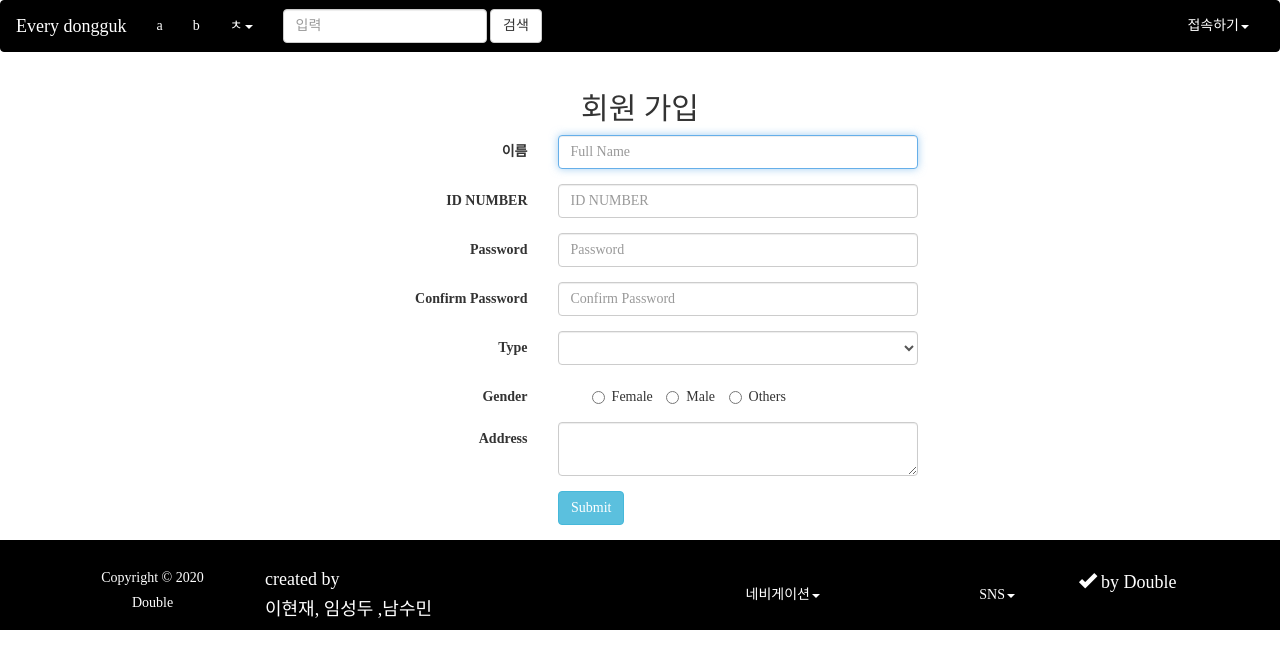
Repository: CSID-DGU/2020-1-ESCD-DOUBLE
Page: http://localhost/web/WEB-INF/views/register/registerForm.jsp
The author's editor kept a copy of each file at every save. The page is drawn from the files as they stood at one save, then again after the next save.
The browser window is 1280 px wide. The pictures show the whole page.
Some web fonts or font styles are not loaded; a fallback is used. Some web libraries are served in a nearby version. The page is served by Tomcat 9. Nobody is signed in. Other server files are loaded and not shown. The template is opened directly, without the code that normally fills it, so the values that code supplies are empty.

Above is the page before, as saved 2020-04-29 07:58:49.

### web/src/main/webapp/WEB-INF/views/register/registerForm.jsp
<%@ page language="java" contentType="text/html; charset=EUC-KR"
    pageEncoding="EUC-KR"%>
<!DOCTYPE html>
<html>
<head>
<meta charset="EUC-KR">
<title>Insert title here</title>
<link rel="stylesheet" href="resources/css/bootstrap.css">
<link rel="stylesheet" href="resources/css/customize.css">
</head>
<body>
<script src="https://code.jquery.com/jquery-3.1.1.min.js"></script>
<script src="resources/js/bootstrap.js"></script>

<style type="text/css">


</style>

<%@include file="../template/header.jsp"%>







<div class="container text-center text-center">
            <form class="form-horizontal" role="form">
              <center>  <h2>회원 가입</h2>  </center>


				<div class="form-group">
                    <label for="lastName" class="col-sm-5 control-label">이름</label>
                    <div class="col-sm-4">
                        <input type="text" id="firstName" name="name" placeholder="Full Name" class="form-control" autofocus>

                    </div>
                </div>
				<div class="form-group">
                    <label for="ID Number" class="col-sm-5 control-label">ID NUMBER</label>
                    <div class="col-sm-4">
                        <input type="text" id="firstName" placeholder="ID NUMBER" class="form-control" autofocus>

                    </div>
                </div>

                <div class="form-group">
                    <label for="password" class="col-sm-5 control-label">Password</label>
                    <div class="col-sm-4">
                        <input type="password" id="password" placeholder="Password" class="form-control">
                    </div>
                </div>
				                <div class="form-group">
                    <label for="Confirm Password" class="col-sm-5 control-label">Confirm Password</label>
                    <div class="col-sm-4">
                        <input type="password" id="Confirm Password" placeholder="Confirm Password" class="form-control">
                    </div>
                </div>

                <div class="form-group">
                    <label for="type" class="col-sm-5 control-label">Type</label>
                    <div class="col-sm-4">
                        <select id="Select" class="form-control">
                            <option></option>
                            <option></option>
                            <option></option>
                            <option></option>
                            <option></option>
                            <option></option>
                            <option></option>
                            <option></option>
                        </select>
                    </div>
                </div> <!-- /.form-group -->
                <div class="form-group">
                    <label class="control-label col-sm-5">Gender</label>
                    <div class="col-sm-6">
                        <div class="row">
                            <div class="col-sm-6">
                                <label class="radio-inline">
                                    <input type="radio" id="femaleRadio" value="Female">Female
                                </label>
								<label class="radio-inline">
                                    <input type="radio" id="maleRadio" value="Male">Male
                                </label>
								<label class="radio-inline">
                                    <input type="radio" id="uncknownRadio" value="Unknown">Others
                                </label>
                            </div>

                            </div>



                        </div>
                    </div>

				<div class="form-group">
                    <label for="Address" class="col-sm-5 control-label">Address</label>
                    <div class="col-sm-4">
                        <textarea class="form-control"></textarea>
                    </div>
                </div>
                <div class="form-group">
                    <div class="col-md-5 col-sm-offset-3">
                        <button type="submit" class="btn btn-info">Submit</button>
                    </div>
                </div>
            </form> <!-- /form -->
        </div> <!-- ./container -->










<%@include file="../template/footer.jsp"%>
</body>
</html>

### web/src/main/webapp/WEB-INF/views/template/header.jsp
<%@ page language="java" contentType="text/html; charset=EUC-KR"
    pageEncoding="EUC-KR"%>
<!DOCTYPE html>
<html>
<head>
<meta charset="EUC-KR">
<title>Insert title here</title>
<link rel="stylesheet" href="resources/css/bootstrap.css">
<link rel="stylesheet" href="resources/css/customize.css">
</head>
<body>
<script src="https://code.jquery.com/jquery-3.1.1.min.js"></script>
<script src="resources/js/bootstrap.js"></script>

<style type="text/css">


</style>
<nav class="navbar navbar-default">
	<div class="container-fluid">

		<div class="navbar-header">
			<button type="button" class="navbar-toggle collapsed" data-toggle="collapse"
			data-target="#bs-example-navbar-collapse-1" aria-expanded="false"><!-- 크기를 줄였을때 나타나는 버튼 -->
				<span class="sr-only"></span>
				<span class="icon-bar"></span>
				<span class="icon-bar"></span>
				<span class="icon-bar"></span>
			</button>
			<a class="navbar-brand" href="index">Every dongguk</a>
		</div>

		<div class="collapse navbar-collapse" id="bs-example-navbar-collapse-1"><!-- 네비 중간 대부분을 차지함 -->
			<ul class="nav navbar-nav">
				<li class="active"><a href="a">a<span class="sr-only"></span></a></li>
				<li><a href="#">b</a></li>
				<li class="dropdown">
				<a href="#" class="dropdown-toggle" data-toggle="dropdown" role="button"
				aria-haspopup="true" aria-expanded="false">ㅊ<span class="caret"></span></a><!-- dropdown 연결이 어떤식인지는 모르겠지만 -->
					<ul class="dropdown-menu">
						<li><a href="#">냐옹</a></li>
						<li><a href="#">머멍</a></li>
						<li><a href="#">왈왈</a></li>
					</ul>
				</li>
			</ul>
			<form class="navbar-form navbar-left">
				<div class="form-group">
				<input type="text" class="form-control" placeholder="입력"></div>
				<button type="submit" class="btn btn-default">검색</button>
			</form>

			<ul class="nav navbar-nav navbar-right">
				<li class="dropdown">
					<a href="#" class="dropdown-toggle" data-toggle="dropdown" role="button"
					aria-haspopup="true" aria-expanded="false">접속하기<span class="caret"></span></a>
					<ul class="dropdown-menu">
						<li><a href="login_form">로그인</a></li>
						<li><a href="register_form">회원가입</a></li>
					</ul>

				</li>
			</ul>

		</div>
	</div>
</nav>



</body>
</html>

### web/src/main/webapp/WEB-INF/views/template/footer.jsp
<%@ page language="java" contentType="text/html; charset=EUC-KR"
    pageEncoding="EUC-KR"%>
<!DOCTYPE html>
<html>
<head>
<meta charset="EUC-KR">
<title>Insert title here</title>
<link rel="stylesheet" href="resources/css/bootstrap.css">
<link rel="stylesheet" href="resources/css/customize.css">
</head>
<body>
<script src="https://code.jquery.com/jquery-3.1.1.min.js"></script>
<script src="resources/js/bootstrap.js"></script>

<style type="text/css">
#footul ,#footul2{
color:white;}
#footul:hover ,#footul2:hover{

background-color:black;


}
#footul:focus,#footul2:hover{
background-color:black;}

</style>

<footer style="background-color: #000000;color:#ffffff">
	<div class="container">
		<br>
		<div class="row">
			<div class="col-sm-2" style="text-align: center;"><h5>Copyright &copy; 2020</h5><h5>Double </h5></div>
			<div class="col-sm-4"><h4>created by<h4><p>이현재, 임성두 ,남수민</p></div>
			<div class="col-sm-2"><h4 style="text-align:center;"></h4>

						<ul class="nav navbar-nav navbar-right">
				<li class="dropdown">
					<a href="#" class="dropdown-toggle" data-toggle="dropdown" role="button"
					aria-haspopup="true" aria-expanded="false" id="footul">네비게이션<span class="caret"></span></a>
					<ul class="dropdown-menu">
						<li><a href="#">냐옹</a></li>
						<li><a href="#">멍멍</a></li>
					</ul>

				</li>
			</ul>
			</div>
			<div class="col-sm-2"><h4 style="text-align:center;"></h4>



							<ul class="nav navbar-nav navbar-right">
				<li class="dropdown">
					<a href="#" class="dropdown-toggle" data-toggle="dropdown" role="button"
					aria-haspopup="true" aria-expanded="false" id="footul2">SNS<span class="caret"></span></a>
					<ul class="dropdown-menu">
						<li><a href="#">뭔가 개발자 이메일 보내기?</a></li>
						<li><a href="#">뭐 그런거...</a></li>
					</ul>

				</li>
			</ul>

			</div>
			<div class="col-sm-2"><h4 style="text-align:center;"><span class="glyphicon glyphicon-ok"></span>&nbsp;by Double</h4></div>
	</div>


</div>
</footer>


</body>
</html>

### web/src/main/webapp/resources/css/customize.css
@import url(http://fonts.googleapis.com/earlyaccess/nanumgothic.css);
*{font-family:'Nanum Gothic';}
a{
	color:#000000;
	text-decoration:none;
}
a:hover{
	color:#bbbbbb;
	text-decoration:none;
	cursor:pointer;
}
.navbar-default{/*까만색!*/
	background-color:#000000;
	border-color:#000000;
}
.navbar-default .navbar-brand{
	color:#ffffff;/*하얀색!*/
}
.navbar-default .navbar-brand:hover,
.navbar-default .navbar-brand:focus{
	background-color:transparent;
	color:#bbbbbb;
}
.navbar-default .navbar-nav> .active>a,
.navbar-default .navbar-nav> .active>a:hover,
.navbar-default .navbar-nav> .active>a:focus{
	color:white;
	background-color:#000000;
}
.navbar-default .navbar-nav> li>a:hover,
.navbar-default .navbar-nav> li>a:focus{
	color:#bbbbbb;
}
.navbar-default .navbar-nav> .open>a,
.navbar-default .navbar-nav> .open>a:hover,
.navbar-default .navbar-nav> .open>a:focus{
	color:#000000;
	background-color:#ffffff;
	text-decoration:none;
}
.navbar-default .navbar-nav>li>a{
	color:white;
}
@media(max-width:767px){
	.navbar-default .navbar-nav .open .dropdown-menu>li>a{
	color:#ffffff;}
	.navbar-default .navbar-nav .open .dropdown-menu>li>a:hover,
	.navbar-default .navbar-nav .open .dropdown-menu>li>a:focus{
	color:#bbbbbb;}

}

Loaded but not shown: web/src/main/webapp/resources/css/bootstrap.css (library); web/src/main/webapp/resources/js/bootstrap.js (library)

After the next save:
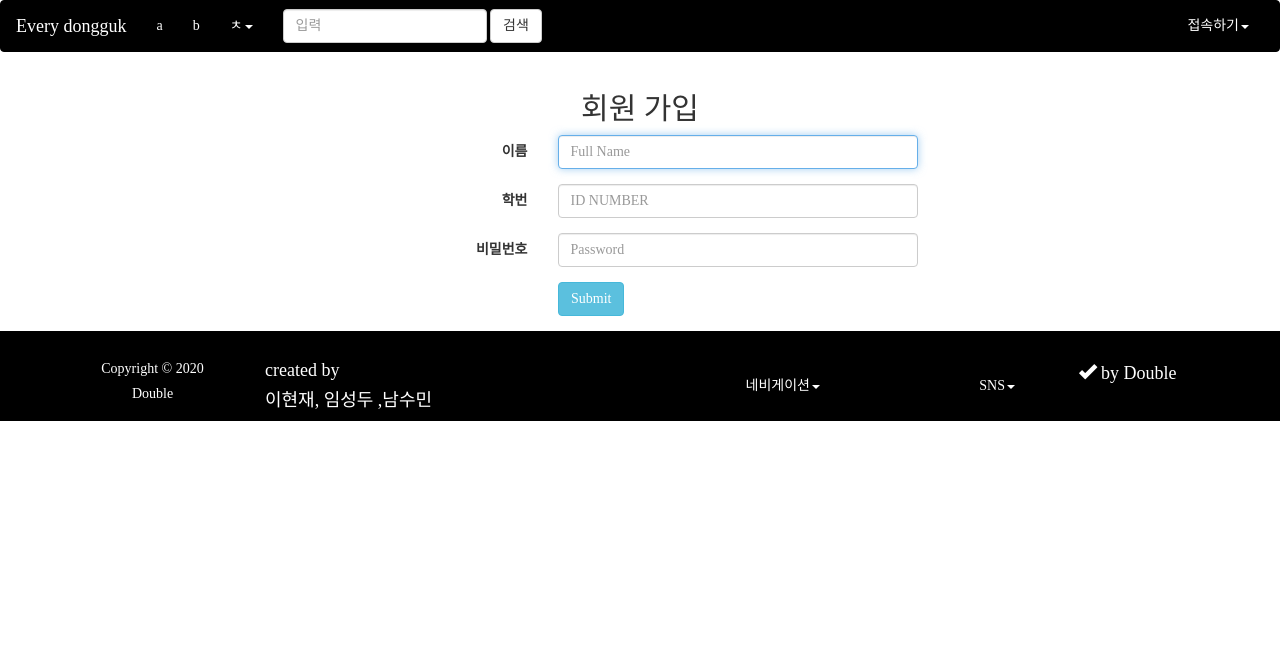
Saved 2 min 53 s later.
--- a/web/src/main/webapp/WEB-INF/views/register/registerForm.jsp
+++ b/web/src/main/webapp/WEB-INF/views/register/registerForm.jsp
@@ -30,7 +30,7 @@
               <center>  <h2>회원 가입</h2>  </center>
 
 
-				<div class="form-group">
+				<div class="form-group" action="register" method="post">
                     <label for="lastName" class="col-sm-5 control-label">이름</label>
                     <div class="col-sm-4">
                         <input type="text" id="firstName" name="name" placeholder="Full Name" class="form-control" autofocus>
@@ -38,70 +38,20 @@
                     </div>
                 </div>
 				<div class="form-group">
-                    <label for="ID Number" class="col-sm-5 control-label">ID NUMBER</label>
+                    <label for="ID Number" class="col-sm-5 control-label">학번</label>
                     <div class="col-sm-4">
-                        <input type="text" id="firstName" placeholder="ID NUMBER" class="form-control" autofocus>
+                        <input type="text" id="firstName" name="stuid" placeholder="ID NUMBER" class="form-control" autofocus>
 
                     </div>
                 </div>
 
                 <div class="form-group">
-                    <label for="password" class="col-sm-5 control-label">Password</label>
+                    <label for="password" class="col-sm-5 control-label">비밀번호</label>
                     <div class="col-sm-4">
-                        <input type="password" id="password" placeholder="Password" class="form-control">
-                    </div>
-                </div>
-				                <div class="form-group">
-                    <label for="Confirm Password" class="col-sm-5 control-label">Confirm Password</label>
-                    <div class="col-sm-4">
-                        <input type="password" id="Confirm Password" placeholder="Confirm Password" class="form-control">
+                        <input type="password" id="password" name="pw" placeholder="Password" class="form-control">
                     </div>
                 </div>
 
-                <div class="form-group">
-                    <label for="type" class="col-sm-5 control-label">Type</label>
-                    <div class="col-sm-4">
-                        <select id="Select" class="form-control">
-                            <option></option>
-                            <option></option>
-                            <option></option>
-                            <option></option>
-                            <option></option>
-                            <option></option>
-                            <option></option>
-                            <option></option>
-                        </select>
-                    </div>
-                </div> <!-- /.form-group -->
-                <div class="form-group">
-                    <label class="control-label col-sm-5">Gender</label>
-                    <div class="col-sm-6">
-                        <div class="row">
-                            <div class="col-sm-6">
-                                <label class="radio-inline">
-                                    <input type="radio" id="femaleRadio" value="Female">Female
-                                </label>
-								<label class="radio-inline">
-                                    <input type="radio" id="maleRadio" value="Male">Male
-                                </label>
-								<label class="radio-inline">
-                                    <input type="radio" id="uncknownRadio" value="Unknown">Others
-                                </label>
-                            </div>
-
-                            </div>
-
-
-
-                        </div>
-                    </div>
-
-				<div class="form-group">
-                    <label for="Address" class="col-sm-5 control-label">Address</label>
-                    <div class="col-sm-4">
-                        <textarea class="form-control"></textarea>
-                    </div>
-                </div>
                 <div class="form-group">
                     <div class="col-md-5 col-sm-offset-3">
                         <button type="submit" class="btn btn-info">Submit</button>
